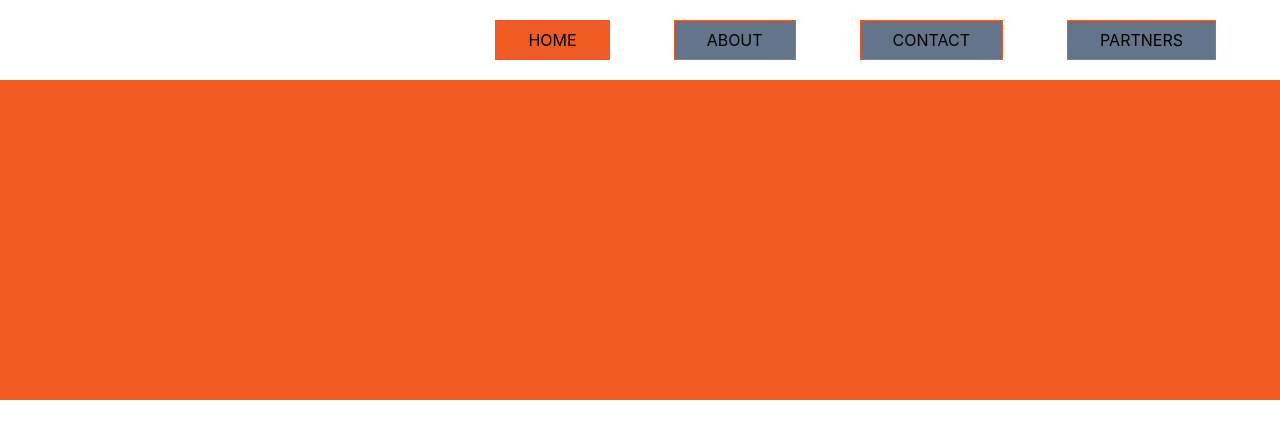
Repository: legenddev1202/whyclicktv
Page: /
These files come from the project's save history. The page is drawn as it stood at one moment and after a run of saves; the edit follows.
The browser window is 1280 px wide. The pictures show the whole page.
The project was rebuilt for these pictures with package versions that can differ from the ones it lists, and the page was loaded fresh each time. Also part of the build but not shown: src/pages/about.js, src/App.css.

Above is the page before, as saved 2022-03-30 15:00:11.

### src/index.css
@tailwind base;
@tailwind components;
@tailwind utilities;

body {
  margin: 0;
  font-family: -apple-system, BlinkMacSystemFont, "Segoe UI", "Roboto", "Oxygen",
    "Ubuntu", "Cantarell", "Fira Sans", "Droid Sans", "Helvetica Neue",
    sans-serif;
  -webkit-font-smoothing: antialiased;
  -moz-osx-font-smoothing: grayscale;
  height: 100%;
  min-height: 500px;
}

code {
  font-family: source-code-pro, Menlo, Monaco, Consolas, "Courier New",
    monospace;
}

### src/App.js
import { Routes, Route, Link } from "react-router-dom";
import Home from "./pages/home";
import About from "./pages/about";
import "./App.css";

function App() {
  return (
    <Routes>
      <Route path="/" element={<Home />} />
      <Route path="about" element={<About />} />
    </Routes>
  );
}

export default App;

### src/pages/home.js
import React from "react";
import { Routes, Route, Link } from "react-router-dom";

function Home() {
  return (
    <>
      <div className="w-full h-20 flex items-center px-8 justify-between">
        <div></div>
        <div className="">
          <button
            className="h-10 px-8 mx-8 border"
            style={{ borderColor: "#F05A23", backgroundColor: "#F05A23" }}
          >
            HOME
          </button>
          <button
            className="bg-slate-500 h-10 px-8 mx-8 border"
            style={{ borderColor: "#F05A23" }}
          >
            ABOUT
          </button>
          <button
            className="bg-slate-500 h-10 px-8 mx-8 border"
            style={{ borderColor: "#F05A23" }}
          >
            CONTACT
          </button>
          <button
            className="bg-slate-500 h-10 px-8 mx-8 border"
            style={{ borderColor: "#F05A23" }}
          >
            PARTNERS
          </button>
        </div>
      </div>
      <div className="h-full w-full bg-slate-300">
        <div className="h-80" style={{ backgroundColor: "#F05A23" }}></div>
      </div>
    </>
  );
}
export default Home;

Loaded but not shown: public/index.html (common file); src/index.js (common file); src/reportWebVitals.js (common file); tailwind.config.js (common file)

After the next 3 saves:
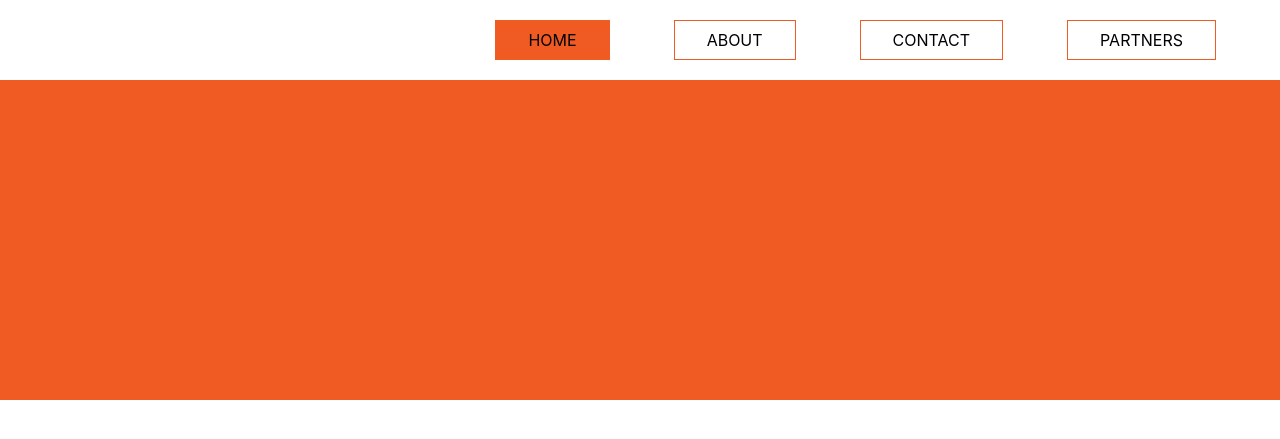
The 3 saves are shown as one change because they came seconds apart.
The last was saved 12 s later.
--- a/src/pages/home.js
+++ b/src/pages/home.js
@@ -14,19 +14,19 @@ function Home() {
             HOME
           </button>
           <button
-            className="bg-slate-500 h-10 px-8 mx-8 border"
+            className="h-10 px-8 mx-8 border"
             style={{ borderColor: "#F05A23" }}
           >
             ABOUT
           </button>
           <button
-            className="bg-slate-500 h-10 px-8 mx-8 border"
+            className="h-10 px-8 mx-8 border"
             style={{ borderColor: "#F05A23" }}
           >
             CONTACT
           </button>
           <button
-            className="bg-slate-500 h-10 px-8 mx-8 border"
+            className="h-10 px-8 mx-8 border"
             style={{ borderColor: "#F05A23" }}
           >
             PARTNERS
